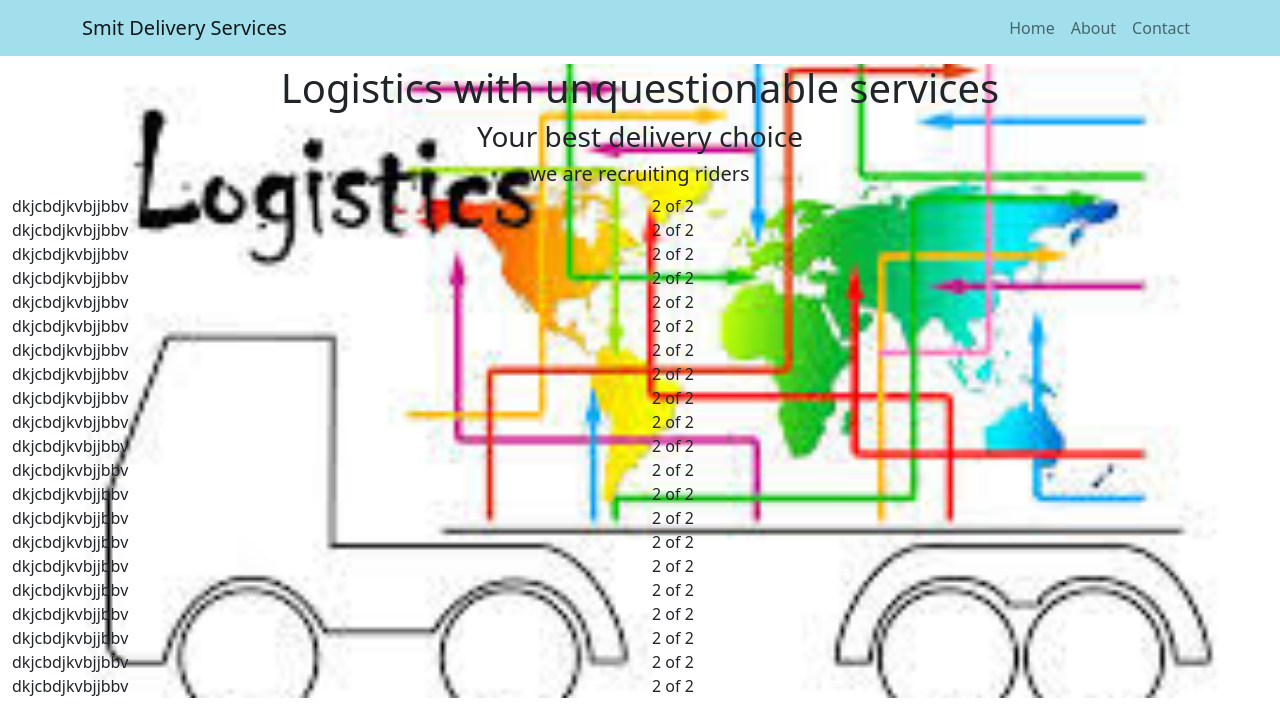
Repository: smit1298/logistic
Page: /
The author's editor kept a copy of each file at every save. The page is drawn from the files as they stood at one save, then again after the next save.
The browser window is 1280 px wide. The pictures show the whole page.
The project was rebuilt for these pictures with package versions that can differ from the ones it lists, and the page was loaded fresh each time.

Above is the page before, as saved 2021-10-04 02:16:08.

After the next save:
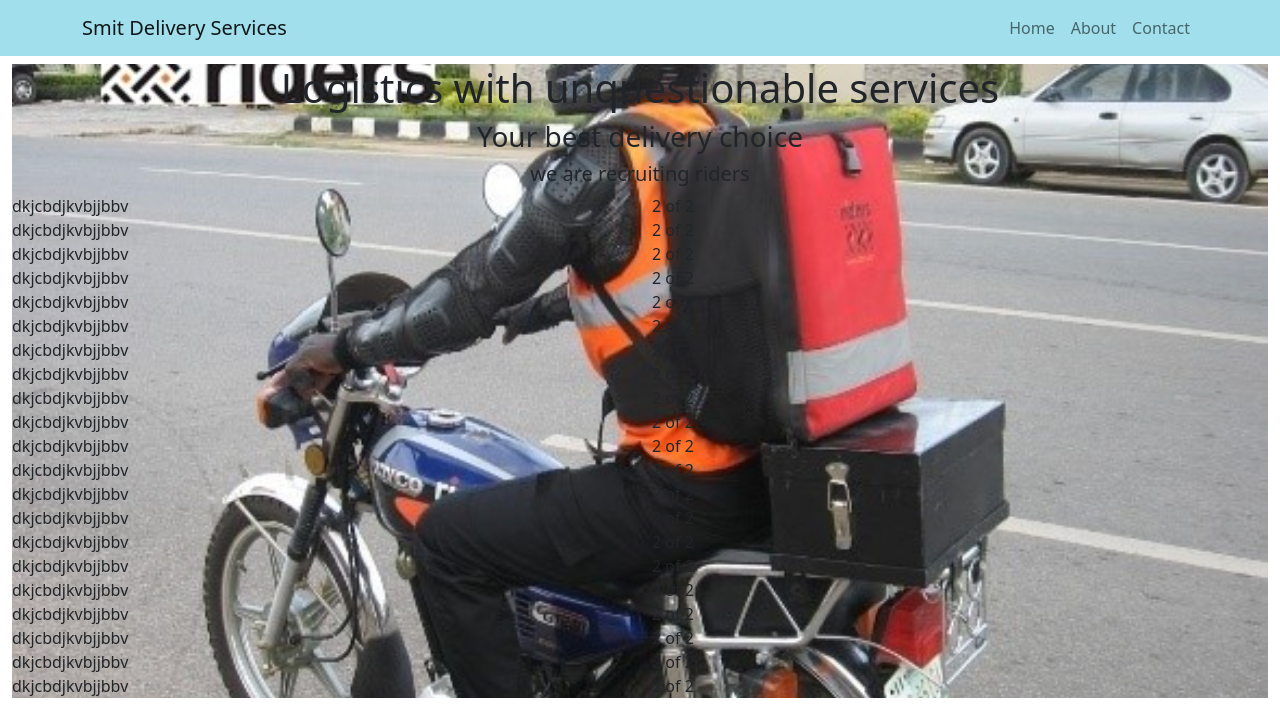
Saved 86 s later.
--- a/src/components/recruit/RecruitForm.css
+++ b/src/components/recruit/RecruitForm.css
@@ -6,7 +6,7 @@
 
 }
 
-#top { background-image: url("../images/logistics.jpg");
+#top { background-image: url("../images/rider.jpg");
   height: 100% !important;
   background-position: center;
   background-repeat: no-repeat;

After the save that followed:
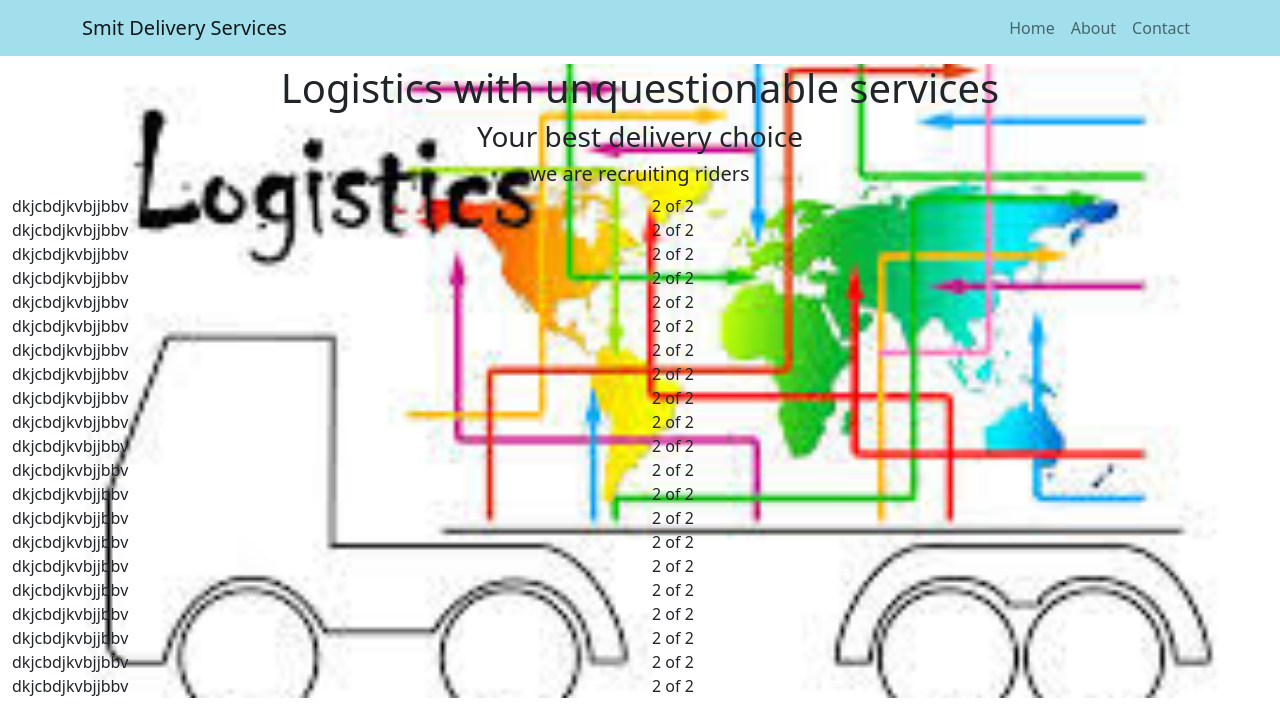
Saved 37 s later.
--- a/src/components/recruit/RecruitForm.css
+++ b/src/components/recruit/RecruitForm.css
@@ -6,7 +6,7 @@
 
 }
 
-#top { background-image: url("../images/rider.jpg");
+#top { background-image: url("../images/logistics.jpg");
   height: 100% !important;
   background-position: center;
   background-repeat: no-repeat;
